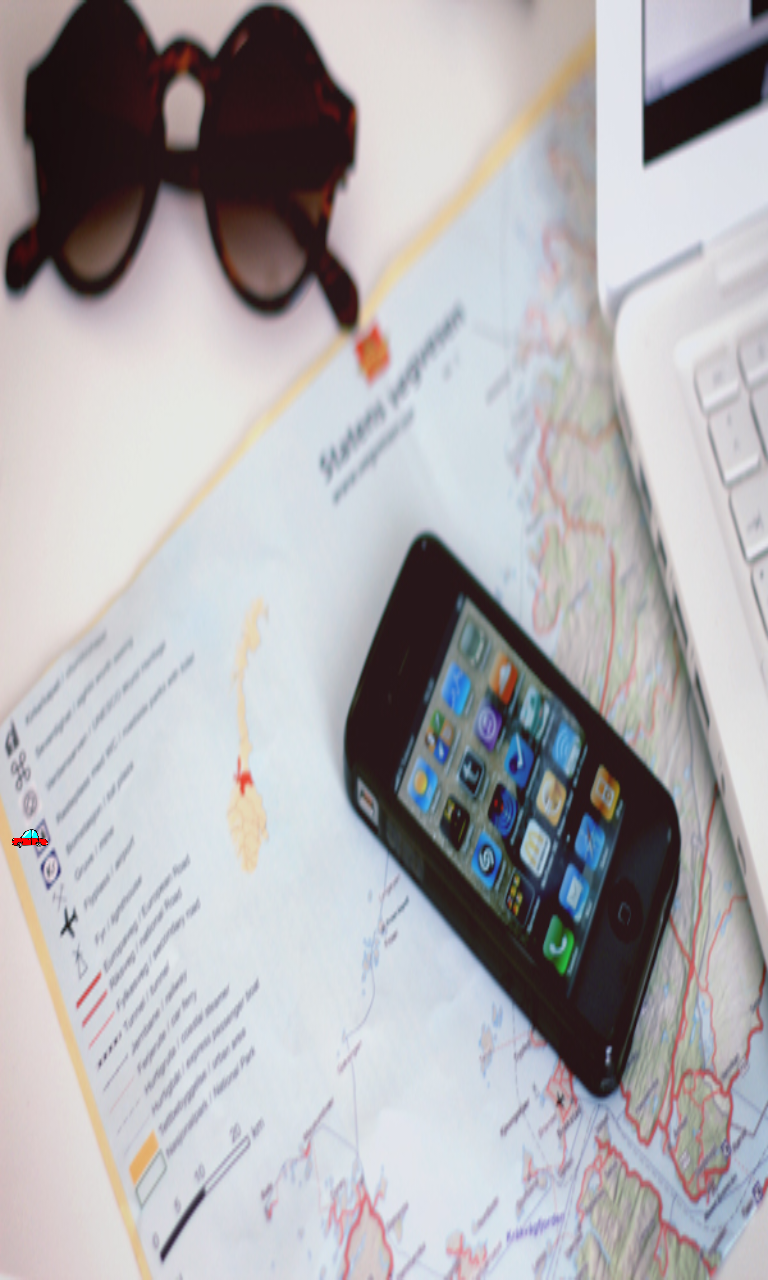
Repository: prernanain27/Android-Travel-Project
Layout: Itravel/res/layout/activity_itravel.xml
These files come from the project's save history. The layout is drawn as it stood at one moment and after the next save; the edit follows.
It is drawn on a 768 x 1280 px phone screen (xhdpi) without system bars, with theme AppTheme; the app's code is not run.

Above is the layout before, as saved 2013-09-21 03:56:54.

After the next save:
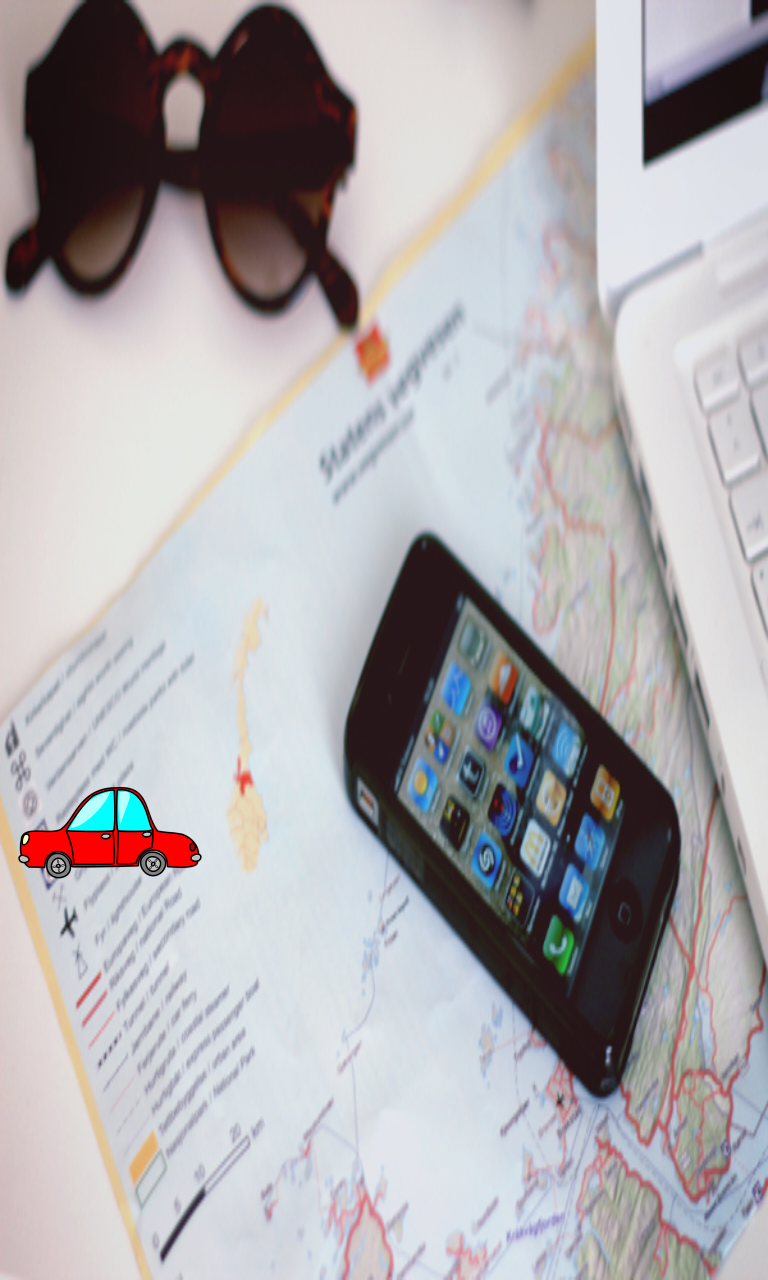
Saved 8 s later.
--- a/Itravel/res/layout/activity_itravel.xml
+++ b/Itravel/res/layout/activity_itravel.xml
@@ -7,7 +7,7 @@
 
     <ImageView
         android:id="@+id/imageView1"
-        android:layout_width="20"
+        android:layout_width="100"
         android:layout_height="100dp"
         android:layout_marginLeft="05dp"
         android:layout_marginTop="370dp"
